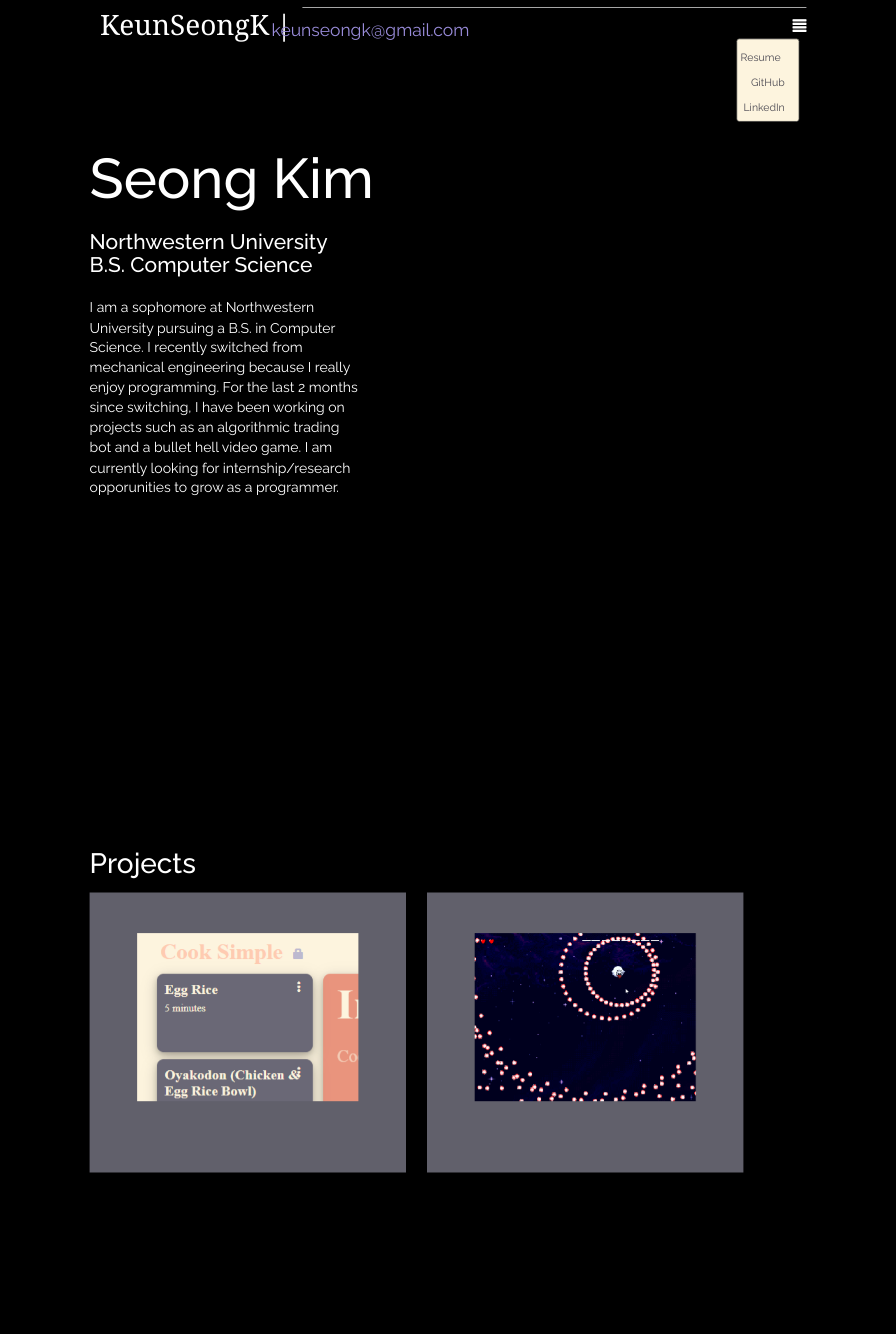
Repository: oqueuo/personal-site
Page: index.html
These files come from the project's save history. The page is drawn as it stood at one moment and after the next save; the edit follows.
The browser window is 1280 px wide. The pictures show the whole page, at 70% of full size.
The pointer rests on the first visible `header>ul>li`.

Above is the page before, as saved 2020-09-21 16:54:36.
Console error (its wording comes from the project's code and is left out).

### index.html
<!-- Accountability, Balance, Trustworthiness -->
<!DOCTYPE html>
<html lang="en">
  <head>
    <meta charset="UTF-8">
    <meta name="viewport" content="width=device-width, initial-scale=1.0">
    <title>Seong Kim</title>
    <script src="https://maxcdn.bootstrapcdn.com/bootstrap/3.4.1/js/bootstrap.min.js"></script>
    <link rel="stylesheet" href="https://maxcdn.bootstrapcdn.com/bootstrap/3.4.1/css/bootstrap.min.css">
    <link rel="stylesheet" href="styles.css">
    <script src="scripts.js"></script>
  </head>

  <body>
    <main>
      <header>
        <h1 id="navbar-brand"><a href="index.html" class="navbar-brand">KeunSeongK |</a></h1>
        <a id="email" href = "mailto: abc@example.com">keunseongk@gmail.com</a>
        <ul>
          <li><span id="pulldown-btn" class="glyphicon glyphicon-align-justify"></span>
            <ul id="nav-pulldown">
              <li class="navbar-item"><a class="nav-link" href=#about></a></li>
              <li class="navbar-item" style="padding-right:100px;"><a class="nav-link" href="resume.html">Resume</a></li>
              <li class="navbar-item"><a class="nav-link" href="https://github.com/oqueuo">GitHub</a></li>
              <li class="navbar-item"><a class="nav-link" href="https://www.linkedin.com/in/seong-kim-a0a989160/">LinkedIn</a></li>
            </ul>
          </li>
        </ul>

      </header>
      <section id="horizontal-line"></section>
        <hr>
      </section>
      <!-- About me -->
      <section id="about">

        <div id="about-text">
          <h1>Seong Kim</h1>
          <h2>Northwestern University<br>B.S. Computer Science</h2>
          <p>I am a sophomore at Northwestern University pursuing
            a B.S. in Computer Science. I recently switched from mechanical engineering
            because I really enjoy programming. For the last 2 months since switching,
            I have been working on projects such as an algorithmic trading bot and a
            bullet hell video game. I am currently looking for internship/research
            opporunities to grow as a programmer.
          </p>
        </div>
      </section>

      <h1 id="projects-header">Projects</h1>

      <!-- Projects: Filled in with JS template -->
      <section id="projects">
      </section>

    </main>
  </body>
  <script>
    render_projects(projects, "#projects");
  </script>
</html>

### styles.css
@import url('https://fonts.googleapis.com/css2?family=Raleway:ital,wght@0,100;0,200;0,300;0,400;0,500;0,600;0,700;0,800;0,900;1,100;1,200;1,300;1,400;1,500;1,600;1,700;1,800;1,900&display=swap');
/* Global styles
------------------------------------*/
* {
    /* Remove Chrome default margins */
    margin: 0 !important;
    font-family: 'Raleway', sans-serif;
}
body {
    background: black;
    display: flex;
    justify-content: center;
}
main {
    position: relative;
    width: 80vw;
    display: block;
    /* background: saddlebrown; */
    margin-left: auto;
    margin-right: auto;
}


/* NAVBAR */
header {
    color: white;
    padding-top: 10px;
    position: relative;
    width: inherit;
}
header>a {
    position: absolute;
    font-size: 25px;
    left: 260px;
    top: 25px;
}
header ul {
    position: absolute;
    top: 25px;
    right: 0px;
}
#navbar-brand {

}
.navbar-brand {
    text-decoration: none;
    font-size: 40px !important;
    color: white;
    font-family: Cambria, Cochin, Georgia, Times, 'Times New Roman', serif !important;
}

.navbar-item {
    display: inline;
    font-size: 25px;
    padding-right: 15px;
}
ul a, #email, .more-info-on-github {
    text-decoration: none;
    color: rgb(153, 140, 218);
}

ul a:hover, #email:hover, .more-info-on-github:hover {
    opacity: 0.8;
}
ul a:active, #email:active, .more-info-on-github:active {
    opacity: 0.7;
}
#horizontal-line {
    width: 100vw;
    left: 0;
}


/* ABOUT */
#about {
    color: white;
    margin-top: 200px !important;
    /* background: royalblue; */
}
#about-text h1 {
    font-family: 'Raleway', sans-serif;
    font-size: 80px;
}
#about-text h2 {
    margin-top: 30px !important;
}
#about p {
    margin-top: 30px !important;
    max-width: 30vw;
    font-size: 20px;
}


/* Projects */
#projects {
    margin-top: 20px !important;
    color: white;
    display: flex;
    flex-direction: row;
    flex-wrap: wrap;
    margin-bottom: 200px !important;
    flex: 2;
}
#projects-header {
    font-size: 40px;
    color: white;
    margin-top: 500px !important;
}

.project-card {
    width: calc(50% - 60px);
    margin-bottom: 30px !important;
    margin-right: 30px !important;
    height: 400px;
    background: rgb(97, 96, 107);;
    position: relative;
}
.project-card-content {
    width: 70%;
    height: 60%;
    position: absolute;
    background-size: auto;
    margin: 13% 15% !important;

    transition: .5s ease;
    backface-visibility: hidden;
}

.project-overlay {
    transition: .5s ease;
    opacity: 0;
    position: absolute;
    top: 50%;
    left: 50%;
    transform: translate(-50%, -50%);
    -ms-transform: translate(-50%, -50%);
}
.project-card:hover .project-card-content {
    opacity: 0.2;
}

.project-card:hover .project-overlay {
opacity: 1;
}


/* Resume */
.resume {
    margin-top: 200px !important;
    background-image: url(backgrounds/resume330.png);
    height: 1000px;
    width: 63%;
}

.three-vertical-dots {
    color: white;
}

@media (max-width: 1300px) {
    /* Recipe pulldown */
    header ul {
        list-style: none;
        z-index: 5;
    }
    span.three-vertical-dots {
        /* Put the three dots on top right corner of recipe card */
        position: absolute;
        top: 10px;
        right: 10px;
    }
    .three-vertical-dots li:active {
        color: rgb(255, 239, 218);
    }
    #pulldown-btn {
        cursor: pointer;
        font-size: 20px;
    }
    ul #nav-pulldown {
        display: none;
        background-color: rgb(253, 244, 222);
        border: 1px solid #333;
        border-radius: 4px;
        width: 90px;
        padding: 5px;
        position: absolute;
        top: 30px;
        right: 10px;
        text-align: end;
    }
    ul #nav-pulldown li {
        color: #333;
        display: block;
        block-size: auto;
    }
    header>ul>li:hover #nav-pulldown {
        display: block;
    }
    ul #nav-pulldown a {
        color: rgb(76, 74, 83);
        font-size: 15px;
    }
}

### scripts.js
var projects = [
    {
        title: "Cook Simple",
        description: "A minimalist recipe storage app for computers and mobile devices.",
        cover: "backgrounds/cook-simple.png"
    },
    {
        title: "Boollet Hell",
        description: "A Bullet Hell shooter game. Inspired by popular bullet hell shooters from Japan",
        cover: "backgrounds/boollet-hell.png"
    }
]
let more_info_on_my_github = "More info on <a class='more-info-on-github' href='https://github.com/oqueuo'>GitHub</a>"


function render_projects(projects, projects_id) {
    let project_case = document.querySelector(projects_id);
    if (project_case) {
        if (projects instanceof Array) {
            for (let project of projects) {
                let template = `
                <div class="project-card-content" style="background-image: url(${project.cover});"></div>
                <div class="project-overlay">
                    <p>${project.description}<br><br></p>
                    ${more_info_on_my_github}
                </div>`;

                let container = document.createElement("div");
                container.className = "project-card";

                container.innerHTML = template;
                project_case.append(container);
            }
        }
    }
}

const show_project_info = (el) => {

}

After the next save:
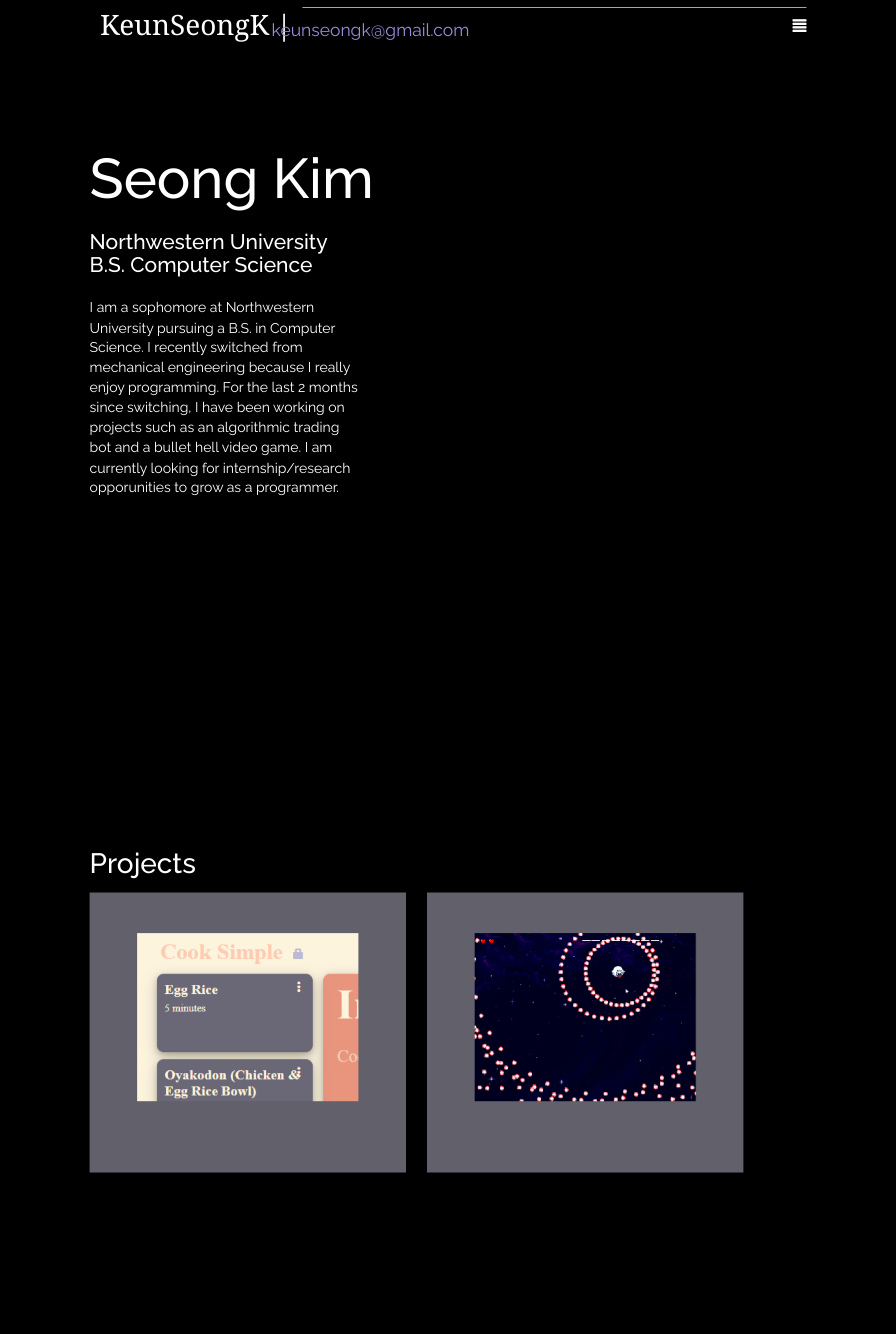
Saved 13 s later.
--- a/styles.css
+++ b/styles.css
@@ -192,7 +192,7 @@ opacity: 1;
         display: block;
         block-size: auto;
     }
-    header>ul>li:hover #nav-pulldown {
+    header>ul>li:active #nav-pulldown {
         display: block;
     }
     ul #nav-pulldown a {
